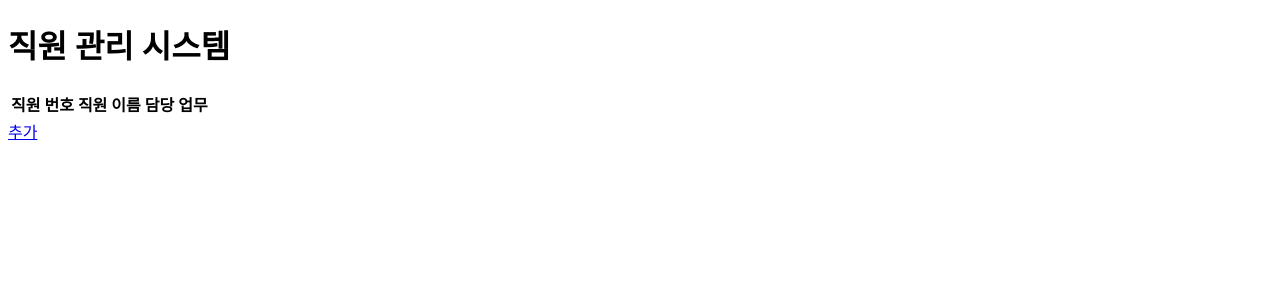
Repository: Awseok/InterDBTermProject
Page: http://localhost/FoodManager/Employee.jsp
These files come from the project's save history. The page is drawn as it stood at one moment and after the next save; the edit follows.
The browser window is 1280 px wide. The pictures show the whole page.
The page is served by Tomcat 9. Nobody is signed in. The application's start-up code is not run. Other server files are loaded and not shown.

Above is the page before, as saved 2020-06-29 07:16:01.

### FoodManager/WebContent/Employee.jsp
<%@ page language="java" contentType="text/html; charset=EUC-KR"
    pageEncoding="UTF-8" import="java.net.URLEncoder"%>
    <%@ taglib uri="http://java.sun.com/jsp/jstl/core" prefix="c" %>
    <%@ taglib prefix="c" uri="http://java.sun.com/jsp/jstl/core" %>
<!DOCTYPE html>
<html>
<head>
<meta charset="EUC-KR">
<title>직원 목록</title>
</head>
<body>

<h1> 직원 관리 시스템</h1>

<table>
<tr> <th> 직원 번호</th> <th> 직원 이름 </th> <th> 담당 업무 </th> </tr>

<c:forEach var="empList" items="${empList}">

<c:url value="/InspectionController" var="ins_url">
  <c:param name="eno" value="${empList.emp.eno}" />
</c:url>



<tr>
<td> <a href="${ins_url}">  <c:out value="${empList.emp.eno}"/>  </a>  </td>
<td> <c:out value="${empList.emp.name}" /> </td>
<td> <c:out value="${empList.emp.task}" /> </td>

<td>

<c:url value="/EmployeeController" var="emp_url">
  <c:param name="eno" value="${empList.emp.name}" />
</c:url>

<a href="${emp_url}" > 수정 </a>
</tr>
</c:forEach>


</table>

<a href="Employee_modify.html"> 추가 </a>

</body>

After the next save:
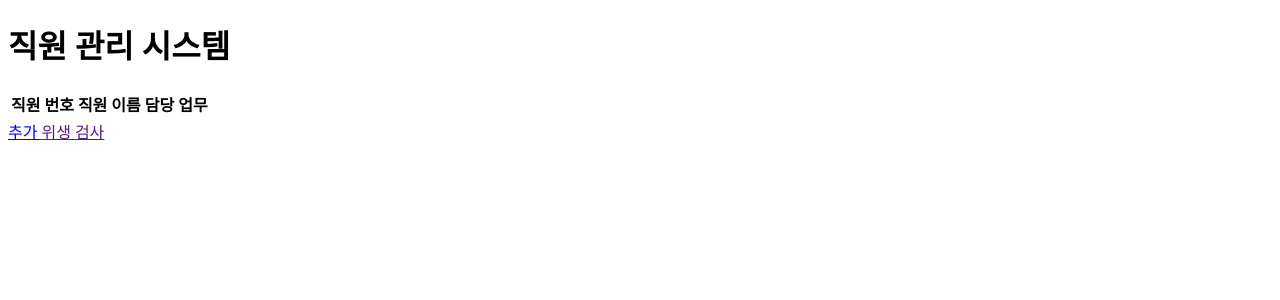
Saved 4 min 7 s later.
--- a/FoodManager/WebContent/Employee.jsp
+++ b/FoodManager/WebContent/Employee.jsp
@@ -42,5 +42,6 @@
 </table>
 
 <a href="Employee_modify.html"> 추가 </a>
+<a href="${ins_url}"> 위생 검사 </a>
 
 </body>
